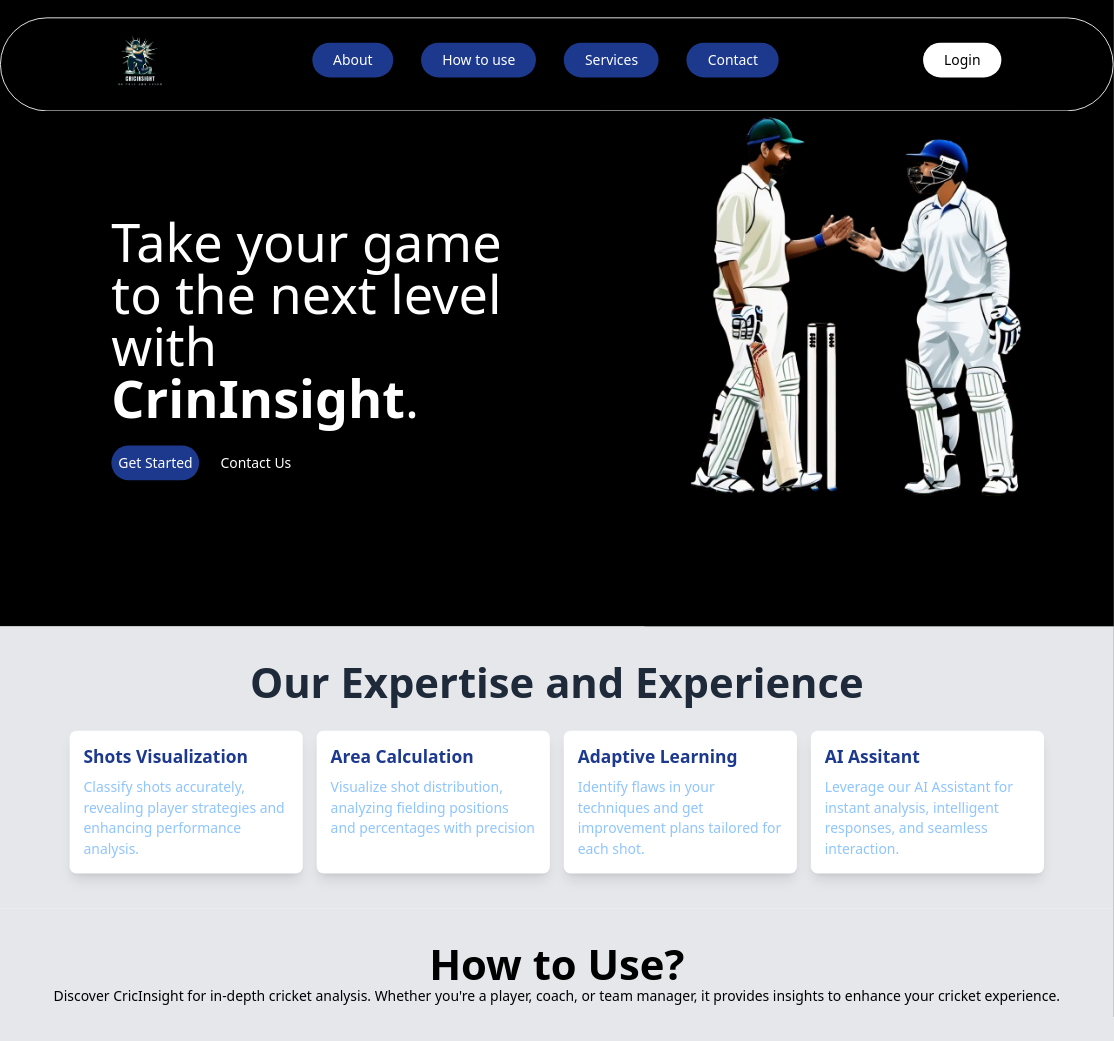
Repository: ahsanfawadaf/cricket
Page: /
The author's editor kept a copy of each file at every save. The page is drawn from the files as they stood at one save, then again after the next save.
The browser window is 1280 px wide. The pictures show the whole page, at 87% of full size.
The project was rebuilt for these pictures with package versions that can differ from the ones it lists, and the page was loaded fresh each time. Also part of the build but not shown: vite.config.js.

Above is the page before, as saved 2025-09-16 12:33:31.

After the next save:
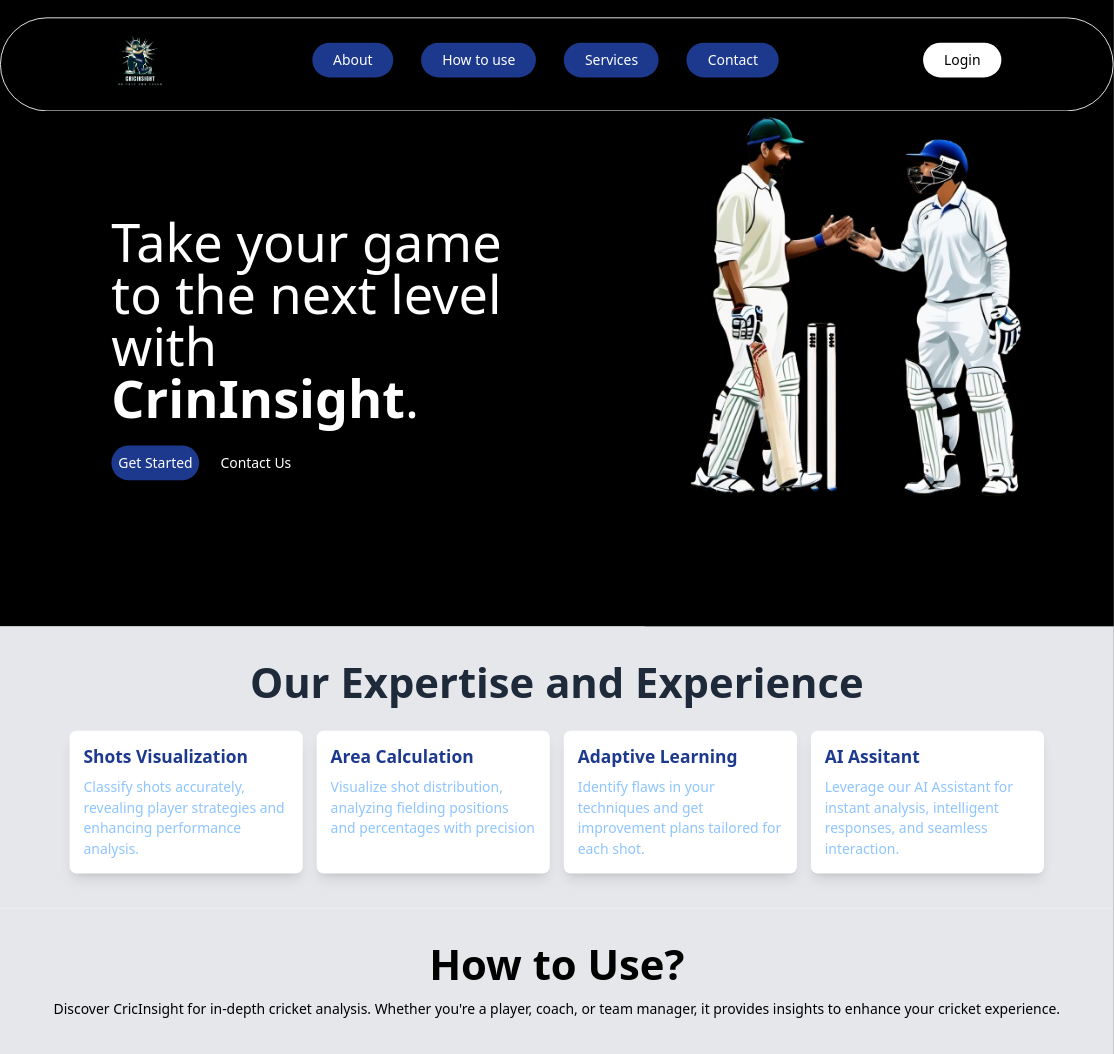
Saved 26 s later.
--- a/src/components/Howtouse.jsx
+++ b/src/components/Howtouse.jsx
@@ -3,7 +3,7 @@
 const Howtouse = () => {
   return (
     <div className='bg-gray-200 py-10'>
-        <h2 className='text-5xl text-center font-semibold '>How to Use?</h2>
+        <h2 className='text-5xl text-center font-semibold mb-4 '>How to Use?</h2>
         <p className='px-2 text-center'>Discover CricInsight for in-depth cricket analysis. Whether you're a player, coach, or team manager, it provides insights to enhance your cricket experience.</p>
 
 
